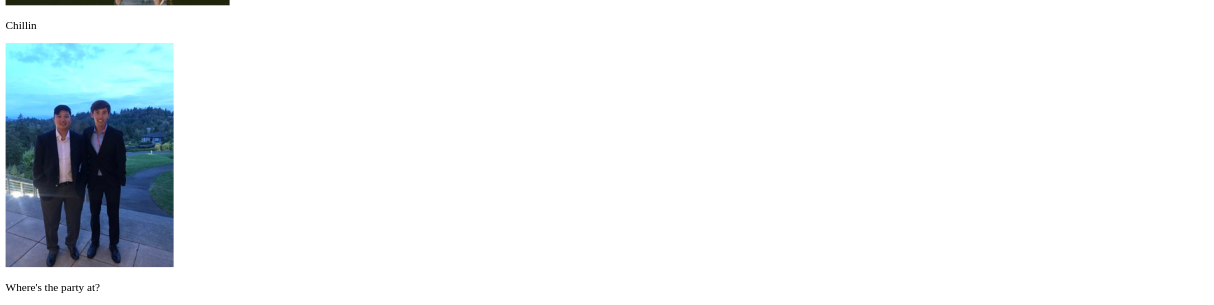
Repository: sebas6292/Jeff-Midterm
Page: hobby.html
These files come from the project's save history. The page is drawn as it stood at one moment and after the next save; the edit follows.
The browser window is 1280 px wide. The page is 1280 px wide, then 1734 px, so the pictures cover 1734 px, including what lies to the right of the window. The pictures show the part of the page from y = 701 to 2101 px (the page is 1137 px tall before and 2101 px after), at 70% of full size.

Above is the page before, as saved 2023-04-30 22:49:15.

After the next save:
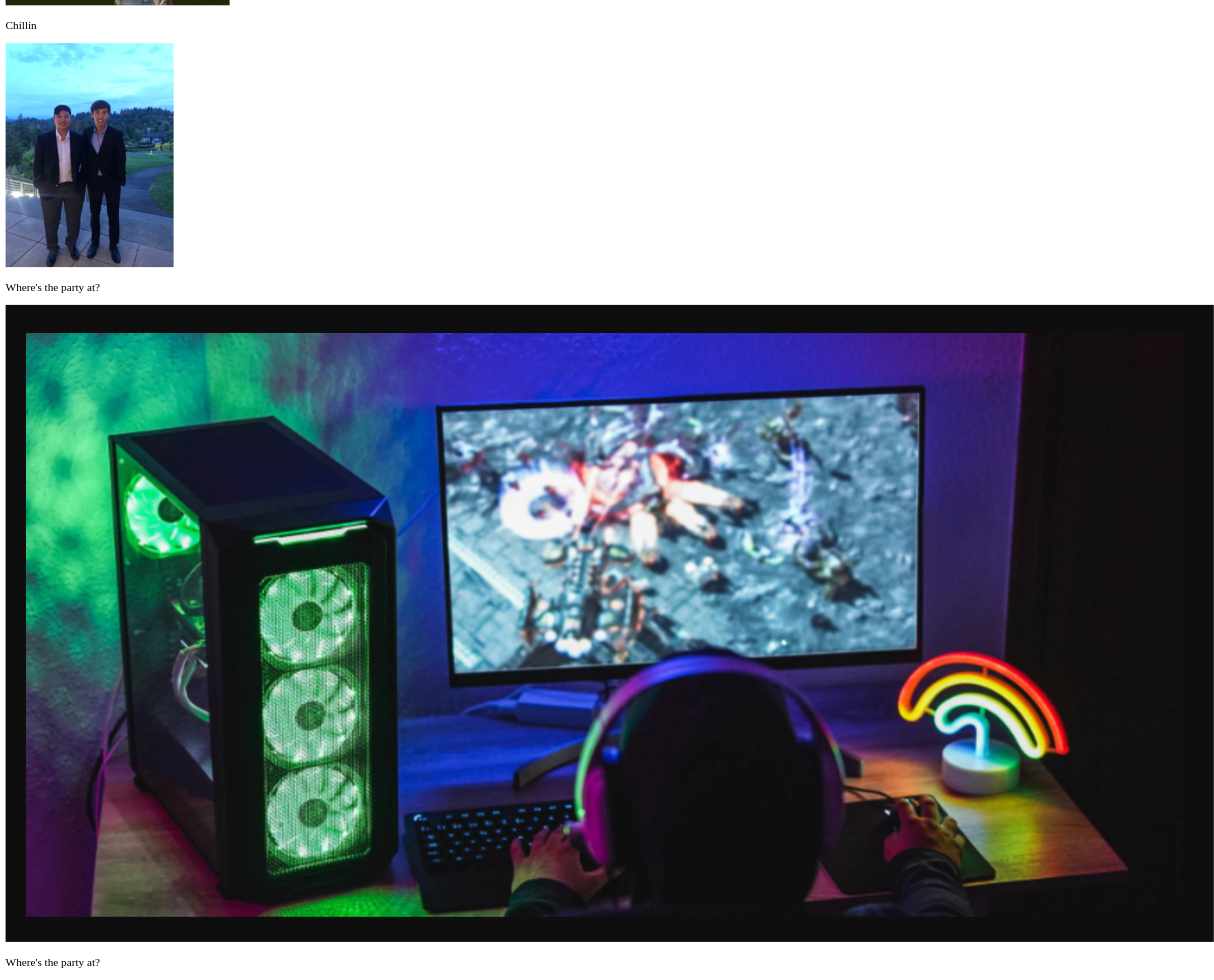
Saved 42 s later.
--- a/hobby.html
+++ b/hobby.html
@@ -28,6 +28,10 @@
             <img src="pics/Business-Attire.jpeg" />
             <p>Where's the party at?</p>
         </div>
+        <div class="box-container">
+            <img src="pics/PC.png" />
+            <p>Where's the party at?</p>
+        </div>
       </section>
 
     </main>
